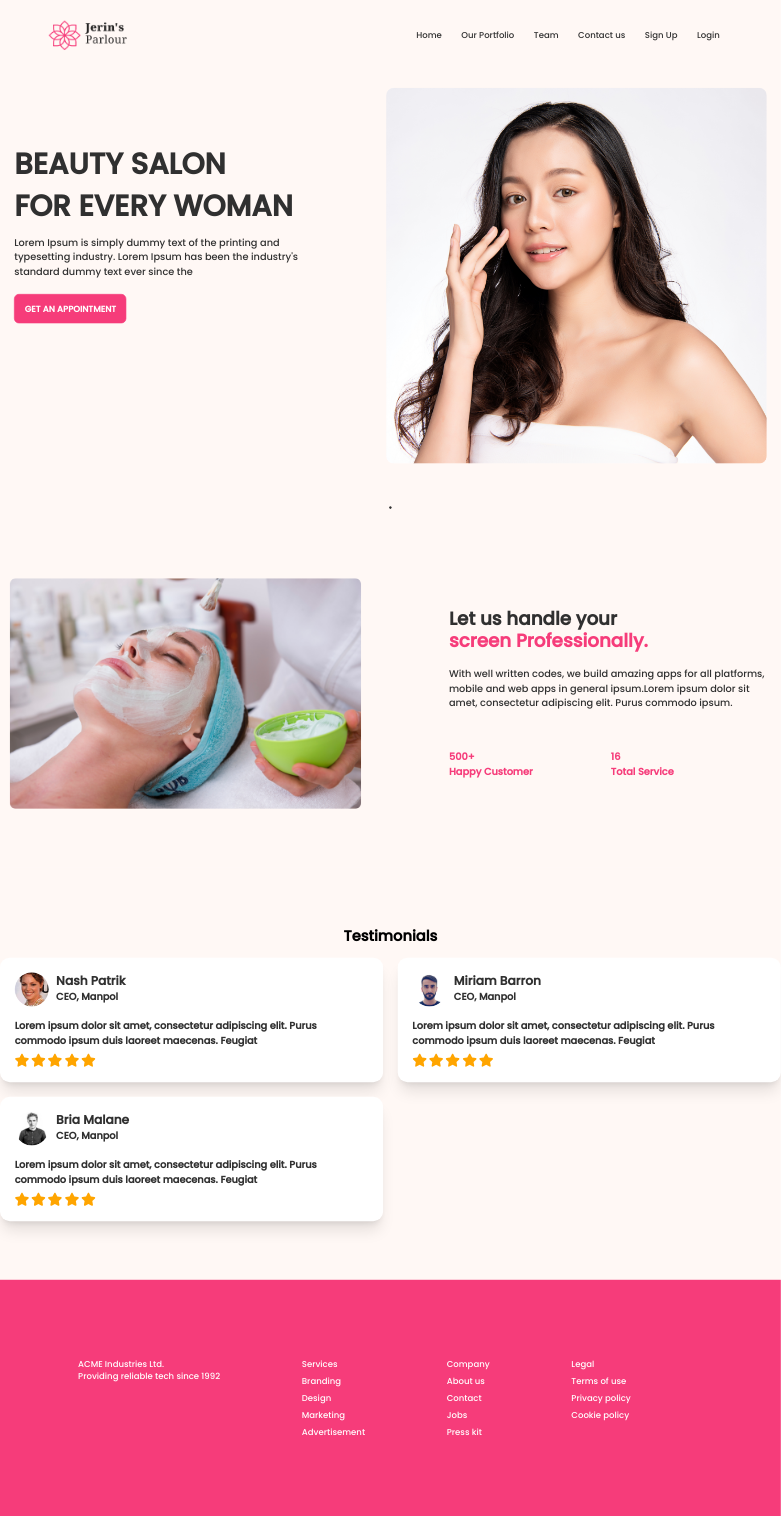
Repository: Wahid137/jerins-parlour-client
Page: /
An editor plug-in stored every save of this project. The page is shown before and after the next save, followed by the edit.
The browser window is 1280 px wide. The pictures show the whole page, at 61% of full size.
The page's requests for data from a server got no answer. The project was rebuilt for these pictures with package versions that can differ from the ones it lists, and the page was loaded fresh each time. No one was signed in, and anything a server would have sent is missing. Also part of the build but not shown: src/App.css, src/Pages/Home/Services/ServicesCard.js.

Above is the page before, as saved 2023-07-16 04:57:42.

After the next save:
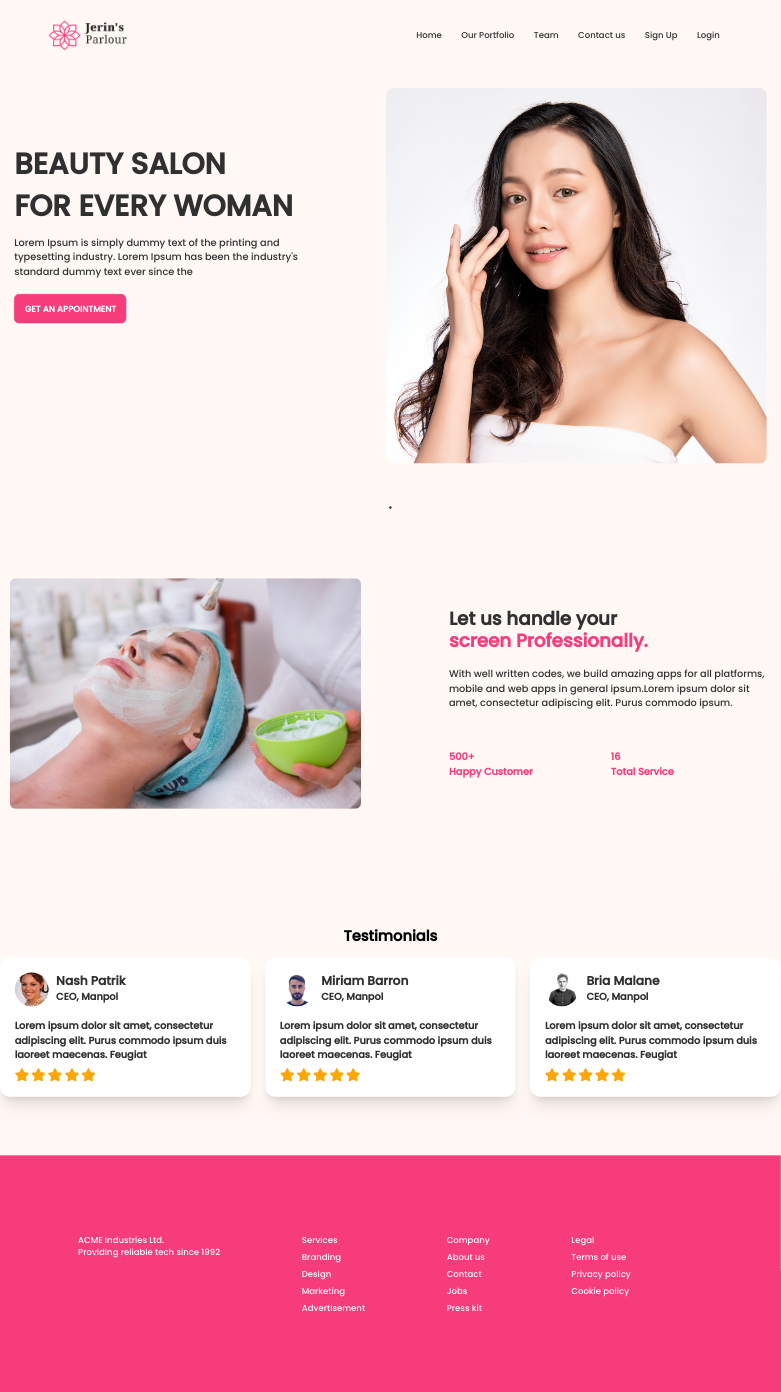
Saved 2 min 41 s later.
--- a/src/Pages/Home/Testimonial/Testimonial.js
+++ b/src/Pages/Home/Testimonial/Testimonial.js
@@ -36,7 +36,7 @@ const Testimonial = () => {
             <div className='mx-auto mb-5 text-center w-1/2'>
                 <p className='text-2xl font-bold text-black'>Testimonials</p>
             </div>
-            <div className='grid gap-6 grid-cols-1 md:grid-cols-2 lg:grid-cols-2'>
+            <div className='grid gap-6 grid-cols-1 md:grid-cols-2 lg:grid-cols-3'>
                 {
                     customersInformation.map(customerInformation => <TestimonialCard
                         key={customerInformation.customer_id}
